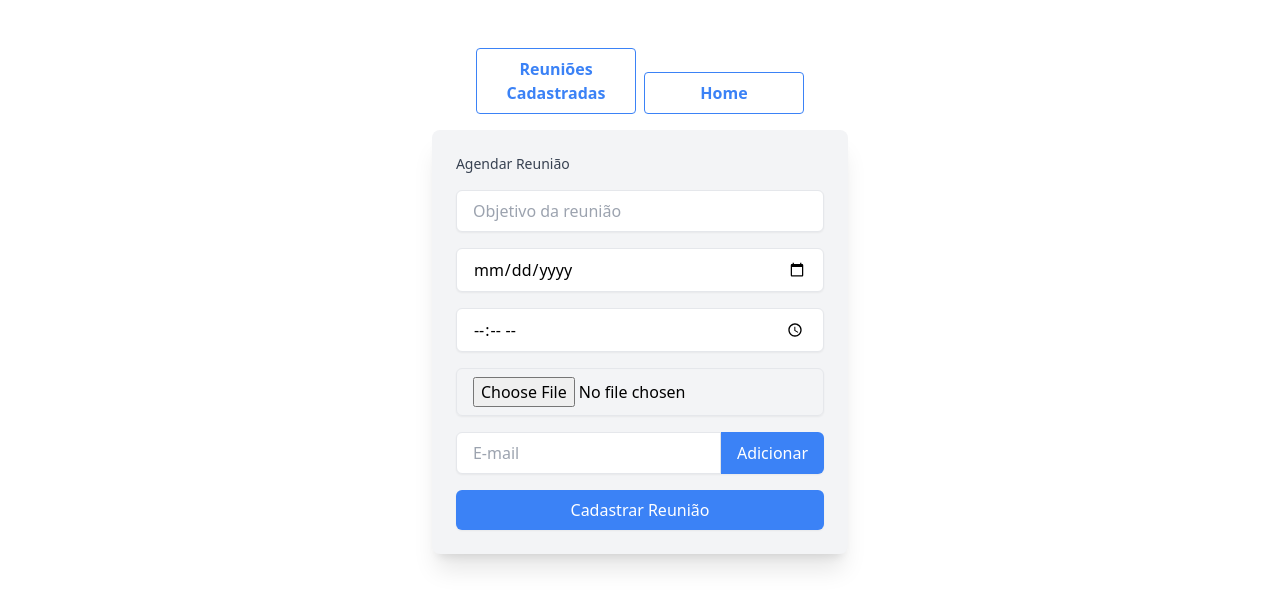
Repository: TamiBeira/meeting
Page: /form
These files come from the project's save history. The page is drawn as it stood at one moment and after the next save; the edit follows.
The browser window is 1280 px wide. The pictures show the whole page.
The project was rebuilt for these pictures with package versions that can differ from the ones it lists, and the page was loaded fresh each time. Also part of the build but not shown: vite.config.ts, src/contexts/MeetingsContext.tsx, src/components/MeetingsView.tsx, src/components/HomePage.tsx.

Above is the page before, as saved 2024-02-26 23:53:08.

### index.html
<!doctype html>
<html lang="pt">
  <head>
    <meta charset="UTF-8" />
    <meta name="viewport" content="width=device-width, initial-scale=1.0" />
    <title>Meeting</title>
  </head>
  <body>
    <div id="root"></div>
    <script type="module" src="/src/main.tsx"></script>
  </body>
</html>

### src/app.tsx
import { BrowserRouter as Router, Routes, Route } from 'react-router-dom';
import { FormProvider } from './contexts/FormContext';
import { MeetingsProvider } from './contexts/MeetingsContext';
import { Form } from './components/Form';
import { MeetingsView } from './components/MeetingsView';
import { HomePage } from './components/HomePage';

export const App = () => {
  return (
    <Router>
      <Routes>
        <Route path="/" element={<HomePage />} />
        <Route path="/form" element={<FormProvider><Form /></FormProvider>} />
        <Route path="/meetings" element={<MeetingsProvider><MeetingsView /></MeetingsProvider>} />
      </Routes>
    </Router>
  );
};

### src/contexts/FormContext.tsx
import { createContext, useContext, useState, ChangeEvent, FormEvent, ReactNode } from "react";
import { toast } from 'react-toastify';
import 'react-toastify/dist/ReactToastify.css';

export interface MeetingContextDataProps {
  data: string;
  hora: string;
  imagem: string;
  title: string;
  emails: string[];
  emailInput: string;
  handleDataChange: (event: ChangeEvent<HTMLInputElement>) => void;
  handleImagemChange: (event: ChangeEvent<HTMLInputElement>) => void;
  handleTitleChange: (event: ChangeEvent<HTMLInputElement>) => void;
  handleHoraChange: (event: ChangeEvent<HTMLInputElement>) => void;
  handleEmailInputChange: (event: ChangeEvent<HTMLInputElement>) => void;
  handleAddEmail: () => void;
  handleRemoveEmail: (index: number) => void;
  handleSubmit: (event: FormEvent<HTMLFormElement>) => void;
}

interface MeetingContextProviderProps {
  children: ReactNode;
}

const FormContext = createContext({} as MeetingContextDataProps);

export const useFormContext = () => {
  return useContext(FormContext);
};

export const FormProvider = ({ children }: MeetingContextProviderProps) => {
  const [data, setData] = useState('');
  const [hora, setHora] = useState('');
  const [imagem, setImagem] = useState<File | null>(null);
  const [title, setTitle] = useState('');
  const [emails, setEmails] = useState<string[]>([]);
  const [emailInput, setEmailInput] = useState('');

  const handleDataChange = (event: ChangeEvent<HTMLInputElement>) => {
    setData(event.target.value);
  };

  const handleImagemChange = (event: ChangeEvent<HTMLInputElement>) => {
    if (event.target.files && event.target.files[0]) {
      setImagem(event.target.files[0]);
    }
  };

  const handleTitleChange = (event: ChangeEvent<HTMLInputElement>) => {
    setTitle(event.target.value);
  };

  const handleHoraChange = (event: ChangeEvent<HTMLInputElement>) => {
    setHora(event.target.value);
  };

  const handleEmailInputChange = (event: ChangeEvent<HTMLInputElement>) => {
    setEmailInput(event.target.value);
  };

  const handleAddEmail = () => {
    setEmails([...emails, emailInput]);
    setEmailInput('');
  };

  const handleRemoveEmail = (index: number) => {
    const updatedEmails = [...emails];
    updatedEmails.splice(index, 1);
    setEmails(updatedEmails);
  };

  const handleSubmit = (event: FormEvent<HTMLFormElement>) => {
    event.preventDefault();

    const selectedDateTime = new Date(`${data}T${hora}`);
    const formattedDate = selectedDateTime.toLocaleDateString('pt-BR');
    const formattedTime = selectedDateTime.toLocaleTimeString('pt-BR', { hour: '2-digit', minute: '2-digit' });

    let imagemUrl = '';
    if (imagem) {
      const reader = new FileReader();
      reader.onload = (e) => {
        imagemUrl = e.target?.result as string;
        const meetingData = {
          title,
          data: formattedDate,
          hora: formattedTime,
          imagem: imagemUrl,
          emails
        };

        const existingData = localStorage.getItem('meetingData');
        let allMeetings: any[] = [];

        if (existingData) {
          allMeetings = JSON.parse(existingData);
        }

        const isDuplicate = allMeetings.some((meeting: any) => {
          const sameDateAndTime = meeting.data === formattedDate && meeting.hora === formattedTime;
          const sameEmails = meeting.emails.length === emails.length && meeting.emails.every((email: string) => emails.includes(email));
          return sameDateAndTime && sameEmails;
        });

        if (isDuplicate) {
          toast.error('Esta data, hora e lista de e-mails já estão sendo usadas por outra reunião.');
        } else {
          allMeetings.push(meetingData);

          localStorage.setItem('meetingData', JSON.stringify(allMeetings));

          setData('');
          setHora('');
          setImagem(null);
          setTitle('');
          setEmailInput('');
          setEmails([]);

          toast.success('Reunião cadastrada com sucesso!');
        }
      };
      reader.readAsDataURL(imagem);
    } else {
      toast.error('Por favor, selecione uma imagem.');
    }
  };

  return (
    <FormContext.Provider
      value={{
        data,
        hora,
        imagem: imagem ? URL.createObjectURL(imagem) : '',
        title,
        emails,
        emailInput,
        handleDataChange,
        handleImagemChange,
        handleTitleChange,
        handleHoraChange,
        handleEmailInputChange,
        handleAddEmail,
        handleRemoveEmail,
        handleSubmit,
      }}
    >
      {children}
    </FormContext.Provider>
  );
};

### src/components/Form.tsx
import { Link } from 'react-router-dom';
import { useFormContext } from '../contexts/FormContext';
import { ToastContainer } from 'react-toastify';

export const Form = () => {
  const {
    data,
    hora,
    title,
    emails,
    emailInput,
    handleDataChange,
    handleTitleChange,
    handleHoraChange,
    handleEmailInputChange,
    handleImagemChange,
    handleAddEmail,
    handleRemoveEmail,
    handleSubmit,
  } = useFormContext();

  return (
    <main className="flex flex-col items-center mt-8">
      <div className="mt-4 mb-4">
        <Link to="/meetings" className="w-40 inline-block text-center border border-solid border-blue-500 text-blue-500 font-bold mr-2 px-4 py-2 rounded">Reuniões Cadastradas</Link>
        <Link to="/" className="w-40 inline-block text-center border border-solid border-blue-500 text-blue-500 font-bold px-4 py-2 rounded">Home</Link>
      </div>
      <div className="mx-auto max-w-md p-6 bg-gray-100 rounded-lg shadow-xl">
        <form onSubmit={handleSubmit} className="space-y-4">
          <label htmlFor="reuniao" className="block text-sm font-medium text-gray-700">Agendar Reunião</label>
          <input
            type="text"
            placeholder="Objetivo da reunião"
            id="reuniao"
            value={title}
            onChange={handleTitleChange}
            className="block w-full px-4 py-2 border rounded-md shadow-sm focus:outline-none focus:ring-blue-500 focus:border-blue-500"
          />
          <input
            type="date"
            name="data"
            id="data"
            value={data}
            onChange={handleDataChange}
            className="block w-full px-4 py-2 border rounded-md shadow-sm focus:outline-none focus:ring-blue-500 focus:border-blue-500"
          />
          <input
            type="time"
            name="hora"
            id="hora"
            value={hora}
            onChange={handleHoraChange}
            className="block w-full px-4 py-2 border rounded-md shadow-sm focus:outline-none focus:ring-blue-500 focus:border-blue-500"
          />
          <input
            type="file"
            name="imagem"
            id="imagem"
            accept="image/*"
            onChange={handleImagemChange}
            className="block w-full px-4 py-2 border rounded-md shadow-sm focus:outline-none focus:ring-blue-500 focus:border-blue-500"
          />
          <div className="flex">
            <input
              type="text"
              placeholder="E-mail"
              value={emailInput}
              onChange={handleEmailInputChange}
              className="block flex-1 w-full px-4 py-2 border rounded-l-md shadow-sm focus:outline-none focus:ring-blue-500 focus:border-blue-500"
            />
            <button
              type="button"
              onClick={handleAddEmail}
              className="px-4 py-2 bg-blue-500 text-white rounded-r-md shadow-sm hover:bg-blue-600 focus:outline-none focus:ring-blue-500 focus:border-blue-500"
            >
              Adicionar
            </button>
          </div>
          <div>
            {emails.map((email, index) => (
              <div key={index} className="flex items-center">
                <div>{email}</div>
                <button
                  type="button"
                  onClick={() => handleRemoveEmail(index)}
                  className="ml-2 text-red-500"
                >
                  Remover
                </button>
              </div>
            ))}
          </div>
          <button
            type="submit"
            className="block w-full px-4 py-2 bg-blue-500 text-white rounded-md shadow-sm hover:bg-blue-600 focus:outline-none focus:ring-blue-500 focus:border-blue-500"
          >
            Cadastrar Reunião
          </button>
        </form>
        <ToastContainer />
      </div>
    </main>
  );
};

### tailwind.config.js
/** @type {import('tailwindcss').Config} */
export default {
  content: [
    "./index.html",
    "./src/**/*.tsx",
  ],
  theme: {
    extend: {},
  },
  plugins: [],
}

Loaded but not shown: src/main.tsx (common file); src/index.css (common file)

After the next save:
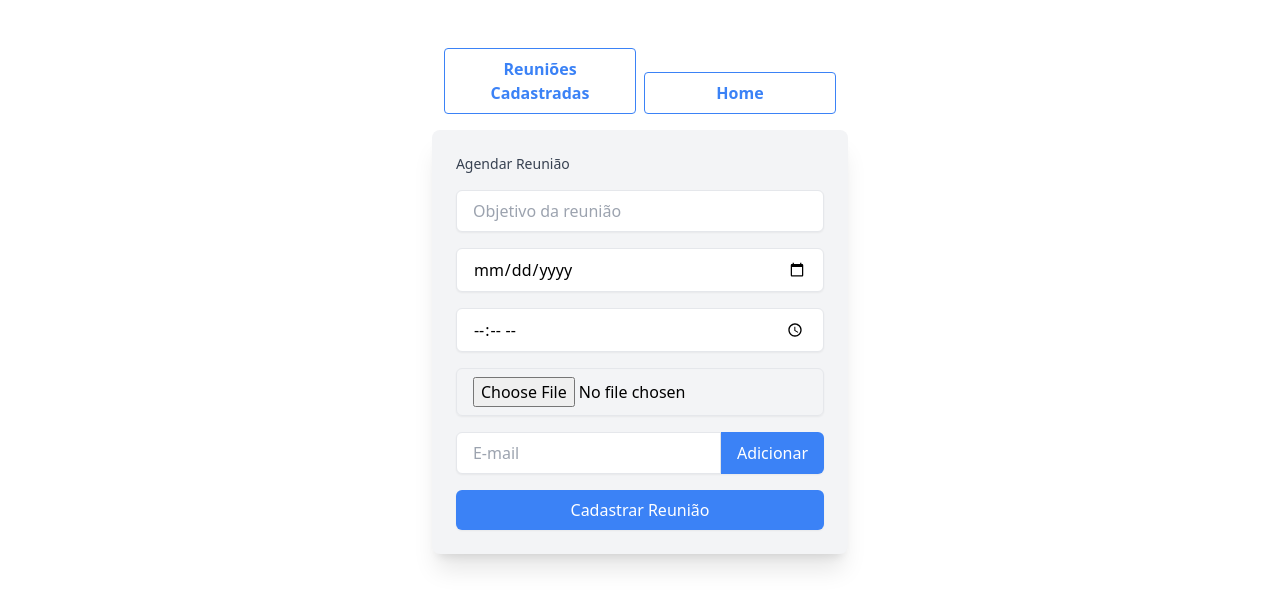
Saved 19 s later.
--- a/src/components/Form.tsx
+++ b/src/components/Form.tsx
@@ -22,8 +22,8 @@ export const Form = () => {
   return (
     <main className="flex flex-col items-center mt-8">
       <div className="mt-4 mb-4">
-        <Link to="/meetings" className="w-40 inline-block text-center border border-solid border-blue-500 text-blue-500 font-bold mr-2 px-4 py-2 rounded">Reuniões Cadastradas</Link>
-        <Link to="/" className="w-40 inline-block text-center border border-solid border-blue-500 text-blue-500 font-bold px-4 py-2 rounded">Home</Link>
+        <Link to="/meetings" className="w-48 inline-block text-center border border-solid border-blue-500 text-blue-500 font-bold mr-2 px-4 py-2 rounded">Reuniões Cadastradas</Link>
+        <Link to="/" className="w-48 inline-block text-center border border-solid border-blue-500 text-blue-500 font-bold px-4 py-2 rounded">Home</Link>
       </div>
       <div className="mx-auto max-w-md p-6 bg-gray-100 rounded-lg shadow-xl">
         <form onSubmit={handleSubmit} className="space-y-4">
